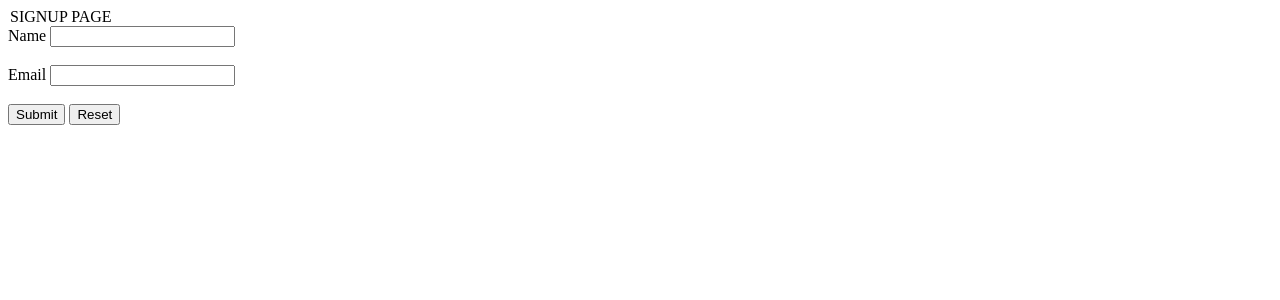
Repository: Altafalinadaf/SimpleProjects
Page: servletDemo6/src/main/webapp/index.html
An editor plug-in stored every save of this project. The page is shown before and after the next save, followed by the edit.
The browser window is 1280 px wide. The pictures show the whole page.

Above is the page before, as saved 2023-10-31 05:38:10.

### servletDemo6/src/main/webapp/index.html
<!DOCTYPE html>
<html>

<head>
	<meta charset="ISO-8859-1">
	<title>Insert title here</title>
</head>

<body>

	<form action="myForm" method="post">
		<field set>
			<legend> SIGNUP PAGE </legend>
			<label for="user name">Name</label>
			<input type="text" name="name" id="user name" size="20"/> <br /> <br />
			<label for="email id">Email</label>
			<input type="text" name="email" id="email id" /> <br /> <br />

			<input type="submit" value="Submit" />
			<input type="reset" value="Reset" />

		</field set>

	</form>


</body>

</html>

After the next save:
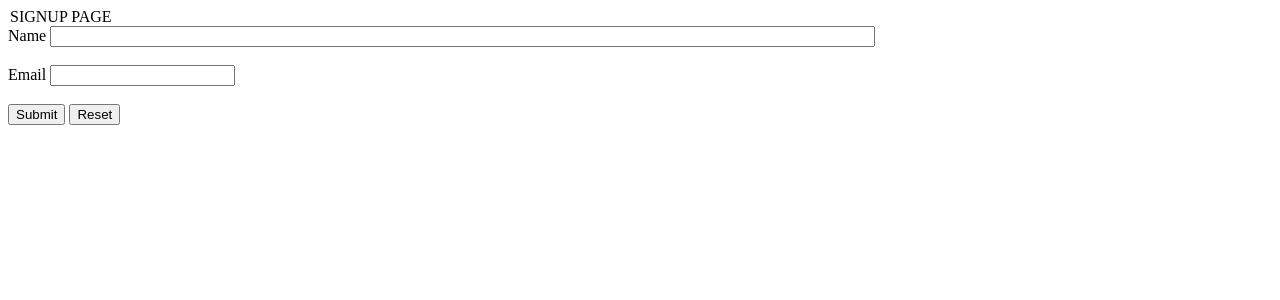
Saved 24 s later.
--- a/servletDemo6/src/main/webapp/index.html
+++ b/servletDemo6/src/main/webapp/index.html
@@ -12,7 +12,7 @@
 		<field set>
 			<legend> SIGNUP PAGE </legend>
 			<label for="user name">Name</label>
-			<input type="text" name="name" id="user name" size="20"/> <br /> <br />
+			<input type="text" name="name" id="user name" size="100"/> <br /> <br />
 			<label for="email id">Email</label>
 			<input type="text" name="email" id="email id" /> <br /> <br />
 

After the save that followed:
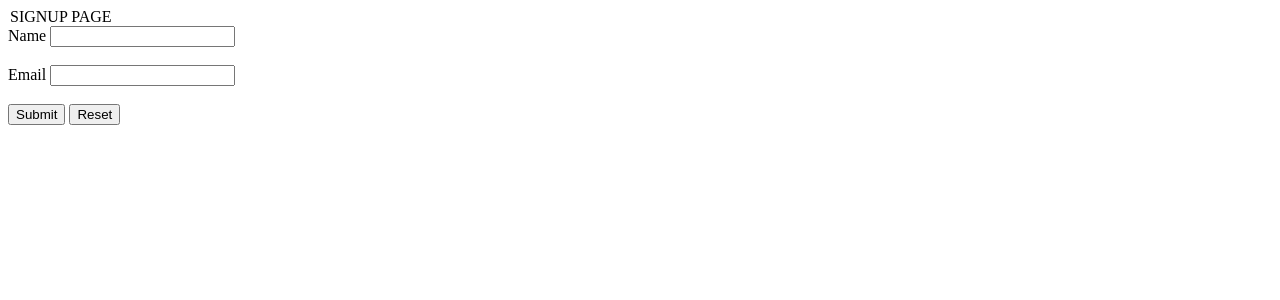
Saved 38 s later.
--- a/servletDemo6/src/main/webapp/index.html
+++ b/servletDemo6/src/main/webapp/index.html
@@ -12,7 +12,7 @@
 		<field set>
 			<legend> SIGNUP PAGE </legend>
 			<label for="user name">Name</label>
-			<input type="text" name="name" id="user name" size="100"/> <br /> <br />
+			<input type="text" name="name" id="user name" width="40"/> <br /> <br />
 			<label for="email id">Email</label>
 			<input type="text" name="email" id="email id" /> <br /> <br />
 
